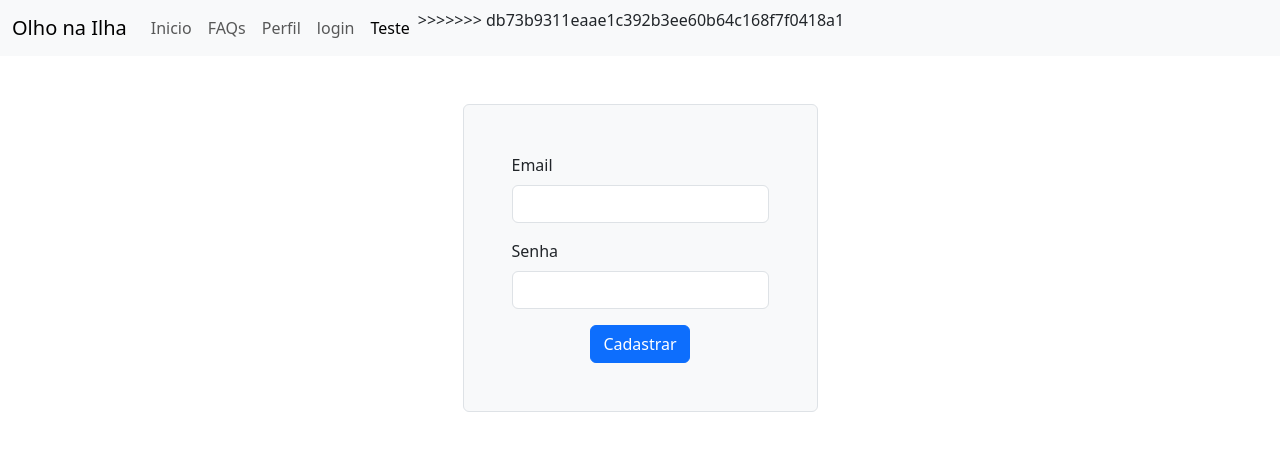
Repository: SktYzu/olhonailha
Page: http://localhost/olhonailha/views/login.php
An editor plug-in stored every save of this project. The page is shown before and after the next save, followed by the edit.
The browser window is 1280 px wide. The pictures show the whole page.
The page is run by PHP 8.4 with error messages shown; the project is at /var/www/html/.

Above is the page before, as saved 2023-11-13 14:01:08.

### views/login.php
<?php
require_once $_SERVER['DOCUMENT_ROOT'] . '/olhonailha/templates/_cabecalho.php';
?>

<section class="d-flex justify-content-center m-5">
    <form action="/olhonailha/controllers/login_controller.php" method="post" enctype="multipart/form-data" class="d-flex flex-column align-items-center bg-body-tertiary p-5 border rounded">

        <div class="mb-3 w-100">
            <label for="email" class="form-label">Email</label>
            <input type="email" class="form-control" id="email" name="email">
        </div>
        <div class="mb-3 w-100">
            <label for="senha" class="form-label">Senha</label>
            <input type="password" class="form-control" id="senha" name="senha">
        </div>
        <button type="submit" class="btn btn-primary">Cadastrar</button>
    </form>
</section>

### templates/_cabecalho.php
<!DOCTYPE html>
<html lang="pt-BR">

<head>
    <meta charset="UTF-8">
    <meta name="viewport" content="width=device-width, initial-scale=1.0">
    <title>Olho na Ilha</title>

    <!-- css do bs -->
    <link href="https://cdn.jsdelivr.net/npm/bootstrap@5.3.2/dist/css/bootstrap.min.css" rel="stylesheet" integrity="sha384-T3c6CoIi6uLrA9TneNEoa7RxnatzjcDSCmG1MXxSR1GAsXEV/Dwwykc2MPK8M2HN" crossorigin="anonymous">

    <!-- js do bs -->
    <script src="https://cdn.jsdelivr.net/npm/bootstrap@5.3.2/dist/js/bootstrap.bundle.min.js" integrity="sha384-C6RzsynM9kWDrMNeT87bh95OGNyZPhcTNXj1NW7RuBCsyN/o0jlpcV8Qyq46cDfL" crossorigin="anonymous"></script>

    <link rel="stylesheet" href="/olhonailha/css/style.css">
</head>

<body>
    <header>
        <nav class="navbar navbar-expand-lg bg-body-tertiary">
            <div class="container-fluid">
                <a class="navbar-brand" href="/olhonailha/index.php">Olho na Ilha</a>
                <button class="navbar-toggler" type="button" data-bs-toggle="collapse" data-bs-target="#navbarNavDropdown" aria-controls="navbarNavDropdown" aria-expanded="false" aria-label="Toggle navigation">
                    <span class="navbar-toggler-icon"></span>
                </button>
                <div class="collapse navbar-collapse" id="navbarNavDropdown">
                    <ul class="navbar-nav">
                        <li class="nav-item">
                            <a class="nav-link" aria-current="page" href="/olhonailha/index.php">Inicio</a>
                        </li>
                        <li class="nav-item">
                            <a class="nav-link" href="/olhonailha/views/faqs.php">FAQs</a>
                        </li>
                        <li class="nav-item">
                            <a class="nav-link" href="/olhonailha/views/admin/perfil.php">Perfil</a>
                        </li>

                        <li class="nav-item">
                            <a class="nav-link" href="/olhonailha/views/login.php">login</a>
                        </li>
                        <li class="nav-item">
                            <a class="nav-link active" href="/olhonailha/views/listaDenu.php">Teste</a>
                        </li>
>>>>>>> db73b9311eaae1c392b3ee60b64c168f7f0418a1
                    </ul>
                </div>
            </div>
        </nav>
    </header>

    <main>

### css/style.css
* {
    padding: 0;
    margin: 0;
    box-sizing: border-box;
}

.container {
    max-width: 960px;
}

.container_denu{
    display: flex;
    justify-content: center;
    align-content: center;
    align-items: center;
}


.card {
    width: 70vw;
    background-color: #f5f5f5;

>>>>>>> db73b9311eaae1c392b3ee60b64c168f7f0418a1
}

After the next save:
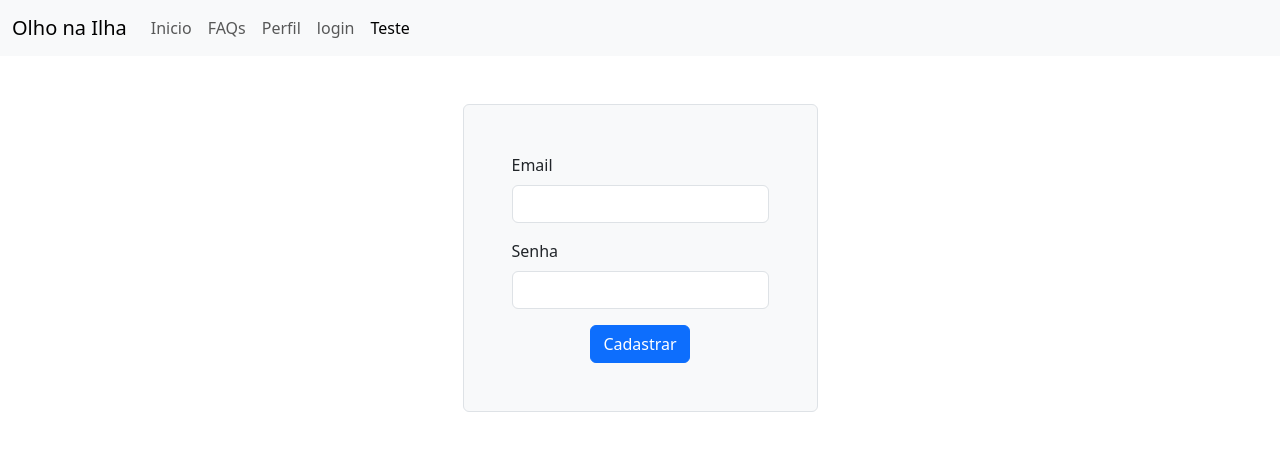
Saved 5 s later.
--- a/templates/_cabecalho.php
+++ b/templates/_cabecalho.php
@@ -41,7 +41,6 @@
                         <li class="nav-item">
                             <a class="nav-link active" href="/olhonailha/views/listaDenu.php">Teste</a>
                         </li>
->>>>>>> db73b9311eaae1c392b3ee60b64c168f7f0418a1
                     </ul>
                 </div>
             </div>
